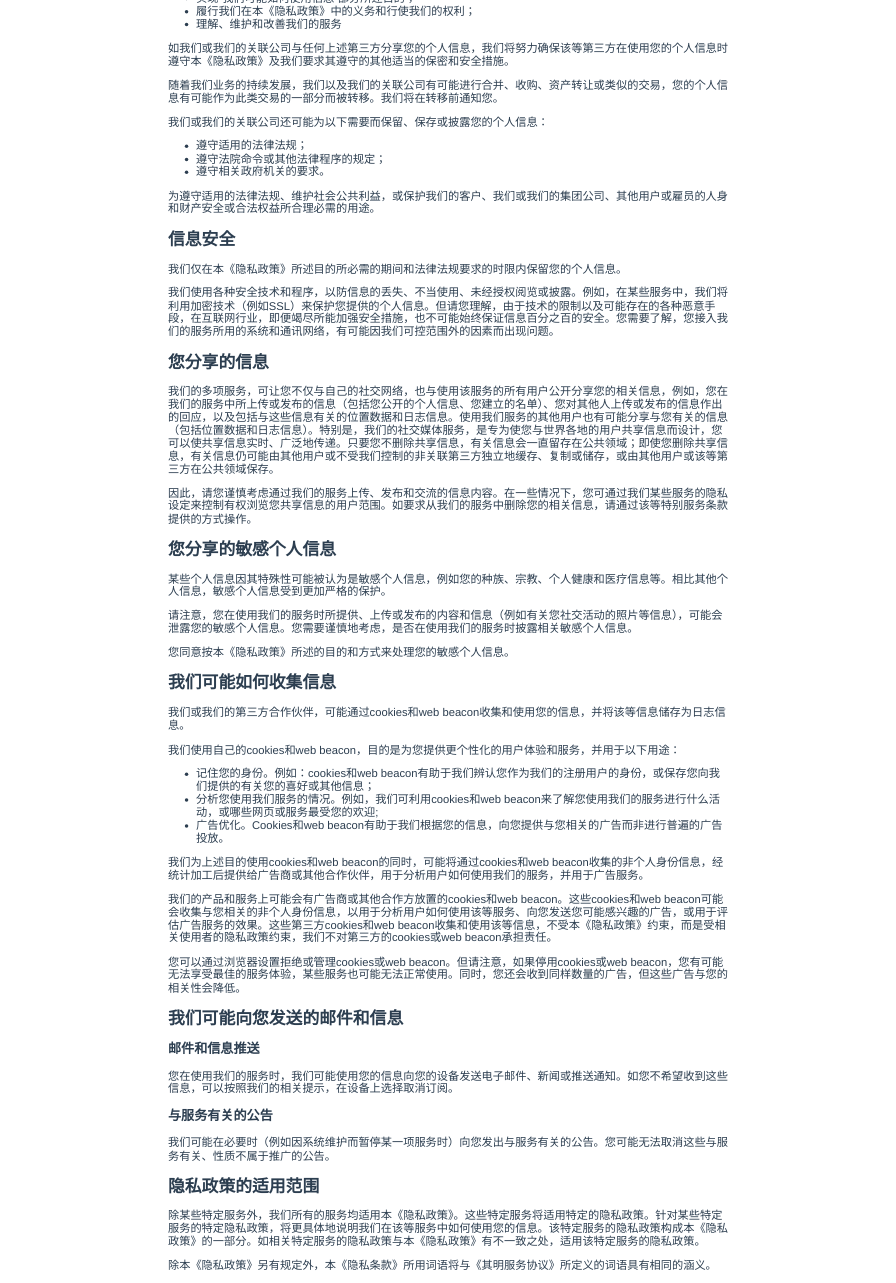
Repository: zl-mdc/privacy-policy
Page: /
These files come from the project's save history. The page is drawn as it stood at one moment and after the next save; the edit follows.
The browser window is 1280 px wide. The pictures show the part of the page from y = 1619 to 3539 px (the page is 3452 px tall before and 3539 px after), at 70% of full size.
The project was rebuilt for these pictures with package versions that can differ from the ones it lists, and the page was loaded fresh each time.

Above is the page before, as saved 2020-09-17 16:15:14.

### src/main.js
import Vue from 'vue'
import App from './App.vue'
import 'normalize.css'

Vue.config.productionTip = false

new Vue({
  render: h => h(App),
}).$mount('#app')

### src/App.vue
<template>
  <div id="app">
    <Info />
  </div>
</template>

<script>
import Info from './components/Info';

export default {
  name: 'App',
  components: {
    Info
  }
}
</script>

<style>
#app {
  font-family: Avenir, Helvetica, Arial, sans-serif;
  -webkit-font-smoothing: antialiased;
  -moz-osx-font-smoothing: grayscale;
  text-align: center;
  color: #2c3e50;
  margin-top: 60px;
}
</style>

### src/components/Info.vue
<!--
 * @Author: Code_Master
 * @Date: 2020-09-17 15:00:51
 * @LastEditTime: 2020-09-17 16:15:14
 * @LastEditors: Code_Master
 * @FilePath: /privacy-policy/src/components/Info.vue
 * @Description: The first 90% of the code accounts for the first 90% of the development time. The remaining 10% of the code accounts for the other 90% of the development time.
-->
<template>
    <div id="info">
          <h1>红岩网校工作站隐私政策</h1>

          <h2>引言</h2>
          <p><span></span>其明重视用户的隐私，隐私权是您重要的权利。您在使用我们的服务时，我们可能会收集和使用您的相关信息。我们希望通过本《隐私政策》向您说明，在使用我们的服务时，我们如何收集、使用、储存和分享这些信息，以及我们为您提供的访问、更新、控制和保护这些信息的方式。本《隐私政策》与您所使用的其明服务息息相关，希望您仔细阅读，在需要时，按照本《隐私政策》的指引，作出您认为适当的选择。本《隐私政策》中涉及的相关技术词汇，我们尽量以简明扼要的表述，并提供进一步说明的链接，以便您的理解。 您使用或继续使用我们的服务，即意味着同意我们按照本《隐私政策》收集、使用、储存和分享您的相关信息。 如对本《隐私政策》或相关事宜有任何问题，请与我们联系。 </p>

          <h2>我们可能收集的信息</h2>
          <p>我们提供服务时，可能会收集、储存和使用下列与您有关的信息。如果您不提供相关信息，可能无法注册成为我们的用户或无法享受我们提供的某些服务，或者无法达到相关服务拟达到的效果。</p>
          <h3>您提供的信息</h3>
          <p>您在注册账户或使用我们的服务时，向我们提供的相关个人信息，例如电话号码、电子邮件或银行卡号等；</p>
          <p>您通过我们的服务向其他方提供的共享信息，以及您使用我们的服务时所储存的信息。</p>
          <h3>其他方分享的您的信息</h3>
          <p>其他方使用我们的服务时所提供有关您的共享信息。</p>
          <h3>我们获取的您的信息</h3>
          <p>您使用服务时我们可能收集如下信息：</p>
          <p>日志信息，指您使用我们的服务时，系统可能通过cookies、web beacon或其他方式自动采集的技术信息，包括：设备或软件信息，例如您的移动设备、网页浏览器或用于接入我们服务的其他程序所提供的配置信息、您的IP地址和移动设备所用的版本和设备识别码；</p>
          <p>在使用我们服务时搜索或浏览的信息，例如您使用的网页搜索词语、访问的社交媒体页url地址，以及您在使用我们服务时浏览或要求提供的其他信息和内容详情；有关您曾使用的移动应用（APP）和其他软件的信息，以及您曾经使用该等移动应用和软件的信息；</p>
          <p>您通过我们的服务进行通讯的信息，例如曾通讯的账号，以及通讯时间、数据和时长；</p>
          <p>位置信息，指您开启设备定位功能并使用我们基于位置提供的相关服务时，收集的有关您位置的信息，包括：</p>
          <ul>
              <li>您通过具有定位功能的移动设备使用我们的服务时，通过GPS或WiFi等方式收集的您的地理位置信息；</li>
              <li>您或其他用户提供的包含您所处地理位置的实时信息，例如您提供的账户信息中包含的您所在地区信息，您或其他人上传的显示您当前或曾经所处地理位置的共享信息，您或其他人共享的照片包含的地理标记信息；</li>
          </ul>
          <p>您可以通过关闭定位功能，停止对您的地理位置信息的收集。</p>

          <h2>我们可能如何使用信息</h2>
          <p>我们可能将在向您提供服务的过程之中所收集的信息用作下列用途：</p>
          <ul>
              <li>向您提供服务； </li>
              <li>在我们提供服务时，用于身份验证、客户服务、安全防范、诈骗监测、存档和备份用途，确保我们向您提供的产品和服务的安全性； </li>
              <li>帮助我们设计新服务，改善我们现有服务；使我们更加了解您如何接入和使用我们的服务，从而针对性地回应您的个性化需求，例如语言设定、 位置设定、个性化的帮助服务和指示，或对您和其他用户作出其他方面的回应；</li>
              <li>向您提供与您更加相关的广告以替代普遍投放的广告；评估我们服务中的广告和其他促销及推广活动的效果，并加以改善；软件认证或管理软件升级；让您参与有关我们产品和服务的调查。</li>
          </ul>
          <p>为了让您有更好的体验、改善我们的服务或您同意的其他用途，在符合相关法律法规的前提下，我们可能将通过某一项服务所收集的信息，以汇集信息或者个性化的方式，用于我们的其他服务。例如，在您使用我们的一项服务时所收集的信息，可能在另一服务中用于向您提供特定内容，或向您展示与您相关的、非普遍推送的信息。如果我们在相关服务中提供了相应选项，您也可以授权我们将该服务所提供和储存的信息用于我们的其他服务。</p>
          <h3>您如何访问和控制自己的个人信息</h3>
          <p>我们将尽一切可能采取适当的技术手段，保证您可以访问、更新和更正自己的注册信息或使用我们的服务时提供的其他个人信息。在访问、更新、更正和删除前述信息时，我们可能会要求您进行身份验证，以保障账户安全。</p>

          <h2>我们可能分享的信息</h2>
          <p>除以下情形外，未经您同意，我们以及我们的关联公司不会与任何第三方分享您的个人信息。</p>
          <p>我们以及我们的关联公司，可能将您的个人信息与我们的关联公司、合作伙伴及第三方服务供应商、承包商及代理（例如代表我们发出电子邮件或推送通知的通讯服务提供商、为我们提供位置数据的地图服务供应商）分享（他们可能并非位于您所在的法域），用作下列用途：</p>
          <ul>
              <li>向您提供我们的服务；</li>
              <li>实现“我们可能如何使用信息”部分所述目的；</li>
              <li>履行我们在本《隐私政策》中的义务和行使我们的权利； </li>
              <li>理解、维护和改善我们的服务</li>
          </ul>
          <p>如我们或我们的关联公司与任何上述第三方分享您的个人信息，我们将努力确保该等第三方在使用您的个人信息时遵守本《隐私政策》及我们要求其遵守的其他适当的保密和安全措施。</p>
          <p>随着我们业务的持续发展，我们以及我们的关联公司有可能进行合并、收购、资产转让或类似的交易，您的个人信息有可能作为此类交易的一部分而被转移。我们将在转移前通知您。</p>
          <p>我们或我们的关联公司还可能为以下需要而保留、保存或披露您的个人信息：</p>
          <ul>
              <li>遵守适用的法律法规；</li>
              <li>遵守法院命令或其他法律程序的规定； </li>
              <li>遵守相关政府机关的要求。 </li>
          </ul>
          <p>为遵守适用的法律法规、维护社会公共利益，或保护我们的客户、我们或我们的集团公司、其他用户或雇员的人身和财产安全或合法权益所合理必需的用途。</p>

          <h2>信息安全</h2>
          <p>我们仅在本《隐私政策》所述目的所必需的期间和法律法规要求的时限内保留您的个人信息。</p>
          <p>我们使用各种安全技术和程序，以防信息的丢失、不当使用、未经授权阅览或披露。例如，在某些服务中，我们将利用加密技术（例如SSL）来保护您提供的个人信息。但请您理解，由于技术的限制以及可能存在的各种恶意手段，在互联网行业，即便竭尽所能加强安全措施，也不可能始终保证信息百分之百的安全。您需要了解，您接入我们的服务所用的系统和通讯网络，有可能因我们可控范围外的因素而出现问题。</p>

          <h2>您分享的信息</h2>
          <p>我们的多项服务，可让您不仅与自己的社交网络，也与使用该服务的所有用户公开分享您的相关信息，例如，您在我们的服务中所上传或发布的信息（包括您公开的个人信息、您建立的名单）、您对其他人上传或发布的信息作出的回应，以及包括与这些信息有关的位置数据和日志信息。使用我们服务的其他用户也有可能分享与您有关的信息（包括位置数据和日志信息）。特别是，我们的社交媒体服务，是专为使您与世界各地的用户共享信息而设计，您可以使共享信息实时、广泛地传递。只要您不删除共享信息，有关信息会一直留存在公共领域；即使您删除共享信息，有关信息仍可能由其他用户或不受我们控制的非关联第三方独立地缓存、复制或储存，或由其他用户或该等第三方在公共领域保存。</p>
          <p>因此，请您谨慎考虑通过我们的服务上传、发布和交流的信息内容。在一些情况下，您可通过我们某些服务的隐私设定来控制有权浏览您共享信息的用户范围。如要求从我们的服务中删除您的相关信息，请通过该等特别服务条款提供的方式操作。</p>

          <h2>您分享的敏感个人信息  </h2>
          <p>某些个人信息因其特殊性可能被认为是敏感个人信息，例如您的种族、宗教、个人健康和医疗信息等。相比其他个人信息，敏感个人信息受到更加严格的保护。</p>
          <p>请注意，您在使用我们的服务时所提供、上传或发布的内容和信息（例如有关您社交活动的照片等信息），可能会泄露您的敏感个人信息。您需要谨慎地考虑，是否在使用我们的服务时披露相关敏感个人信息。</p>
          <p>您同意按本《隐私政策》所述的目的和方式来处理您的敏感个人信息。</p>

          <h2>我们可能如何收集信息</h2>
          <p>我们或我们的第三方合作伙伴，可能通过cookies和web beacon收集和使用您的信息，并将该等信息储存为日志信息。</p>
          <p>我们使用自己的cookies和web beacon，目的是为您提供更个性化的用户体验和服务，并用于以下用途：</p>
          <ul>
              <li>记住您的身份。例如：cookies和web beacon有助于我们辨认您作为我们的注册用户的身份，或保存您向我们提供的有关您的喜好或其他信息；</li>
              <li>分析您使用我们服务的情况。例如，我们可利用cookies和web beacon来了解您使用我们的服务进行什么活动，或哪些网页或服务最受您的欢迎;</li>
              <li>广告优化。Cookies和web beacon有助于我们根据您的信息，向您提供与您相关的广告而非进行普遍的广告投放。</li>
          </ul>
          <p>我们为上述目的使用cookies和web beacon的同时，可能将通过cookies和web beacon收集的非个人身份信息，经统计加工后提供给广告商或其他合作伙伴，用于分析用户如何使用我们的服务，并用于广告服务。</p>
          <p>我们的产品和服务上可能会有广告商或其他合作方放置的cookies和web beacon。这些cookies和web beacon可能会收集与您相关的非个人身份信息，以用于分析用户如何使用该等服务、向您发送您可能感兴趣的广告，或用于评估广告服务的效果。这些第三方cookies和web beacon收集和使用该等信息，不受本《隐私政策》约束，而是受相关使用者的隐私政策约束，我们不对第三方的cookies或web beacon承担责任。</p>
          <p>您可以通过浏览器设置拒绝或管理cookies或web beacon。但请注意，如果停用cookies或web beacon，您有可能无法享受最佳的服务体验，某些服务也可能无法正常使用。同时，您还会收到同样数量的广告，但这些广告与您的相关性会降低。</p>

          <h2>我们可能向您发送的邮件和信息 </h2>
          <h3>邮件和信息推送</h3>
          <p>您在使用我们的服务时，我们可能使用您的信息向您的设备发送电子邮件、新闻或推送通知。如您不希望收到这些信息，可以按照我们的相关提示，在设备上选择取消订阅。</p>
          <h3>与服务有关的公告</h3>
          <p>我们可能在必要时（例如因系统维护而暂停某一项服务时）向您发出与服务有关的公告。您可能无法取消这些与服务有关、性质不属于推广的公告。</p>

          <h2>隐私政策的适用范围</h2>
          <p>除某些特定服务外，我们所有的服务均适用本《隐私政策》。这些特定服务将适用特定的隐私政策。针对某些特定服务的特定隐私政策，将更具体地说明我们在该等服务中如何使用您的信息。该特定服务的隐私政策构成本《隐私政策》的一部分。如相关特定服务的隐私政策与本《隐私政策》有不一致之处，适用该特定服务的隐私政策。</p>
          <p>除本《隐私政策》另有规定外，本《隐私条款》所用词语将与《其明服务协议》所定义的词语具有相同的涵义。</p>
    </div>
</template>

<script>
export default {
    name: "Info",
}
</script>

<style>
    #info {
        width: 800px;
        margin: 0 auto;
        text-align: left;
    }
    h1 {
        text-align: center;
    }
</style>

Loaded but not shown: public/index.html (common file)

After the next save:
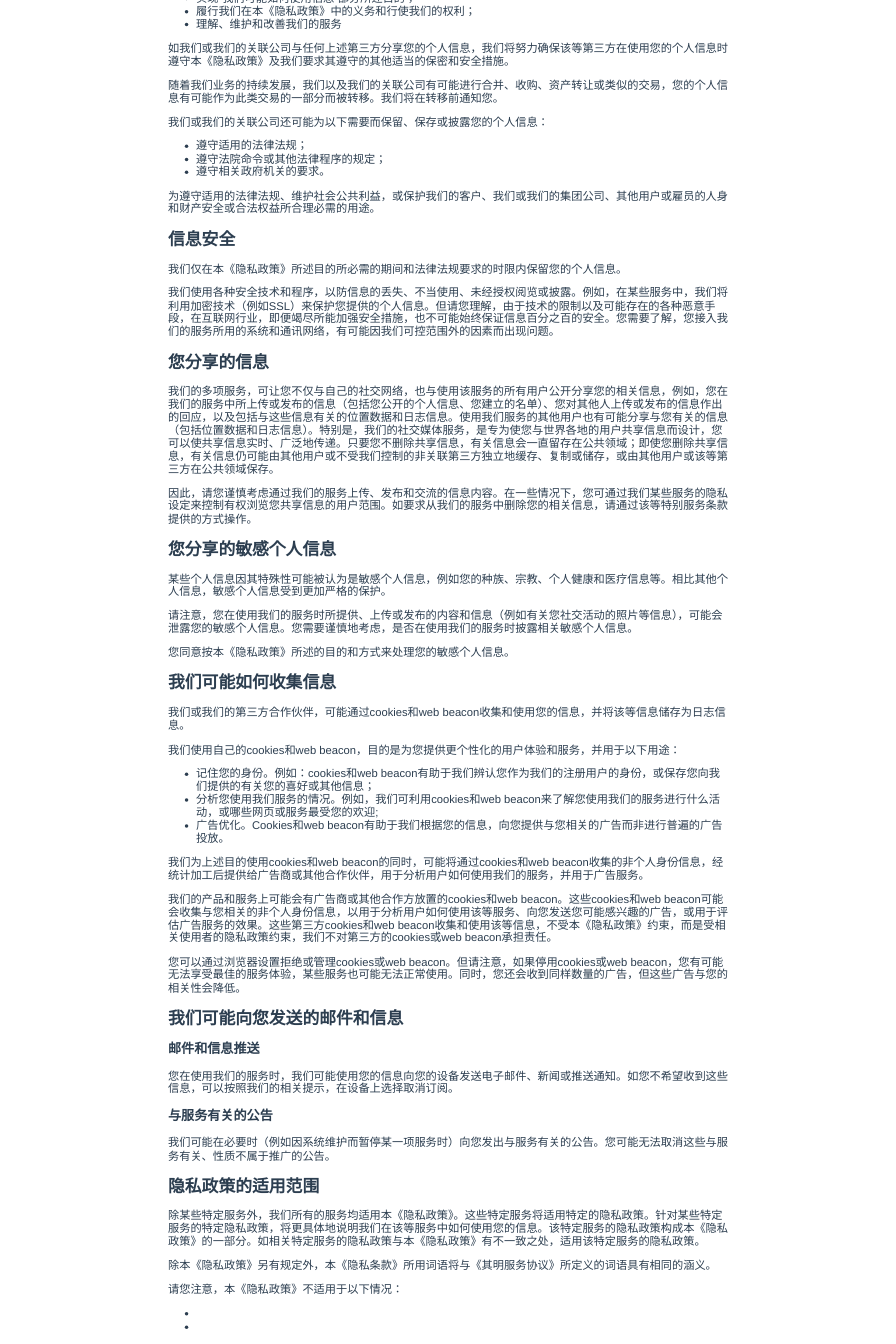
Saved 23 s later.
--- a/src/components/Info.vue
+++ b/src/components/Info.vue
@@ -1,7 +1,7 @@
 <!--
  * @Author: Code_Master
  * @Date: 2020-09-17 15:00:51
- * @LastEditTime: 2020-09-17 16:15:14
+ * @LastEditTime: 2020-09-17 16:15:37
  * @LastEditors: Code_Master
  * @FilePath: /privacy-policy/src/components/Info.vue
  * @Description: The first 90% of the code accounts for the first 90% of the development time. The remaining 10% of the code accounts for the other 90% of the development time.
@@ -97,6 +97,11 @@
           <h2>隐私政策的适用范围</h2>
           <p>除某些特定服务外，我们所有的服务均适用本《隐私政策》。这些特定服务将适用特定的隐私政策。针对某些特定服务的特定隐私政策，将更具体地说明我们在该等服务中如何使用您的信息。该特定服务的隐私政策构成本《隐私政策》的一部分。如相关特定服务的隐私政策与本《隐私政策》有不一致之处，适用该特定服务的隐私政策。</p>
           <p>除本《隐私政策》另有规定外，本《隐私条款》所用词语将与《其明服务协议》所定义的词语具有相同的涵义。</p>
+          <p>请您注意，本《隐私政策》不适用于以下情况：</p>
+          <ul>
+              <li></li>
+              <li></li>
+          </ul>
     </div>
 </template>
 
